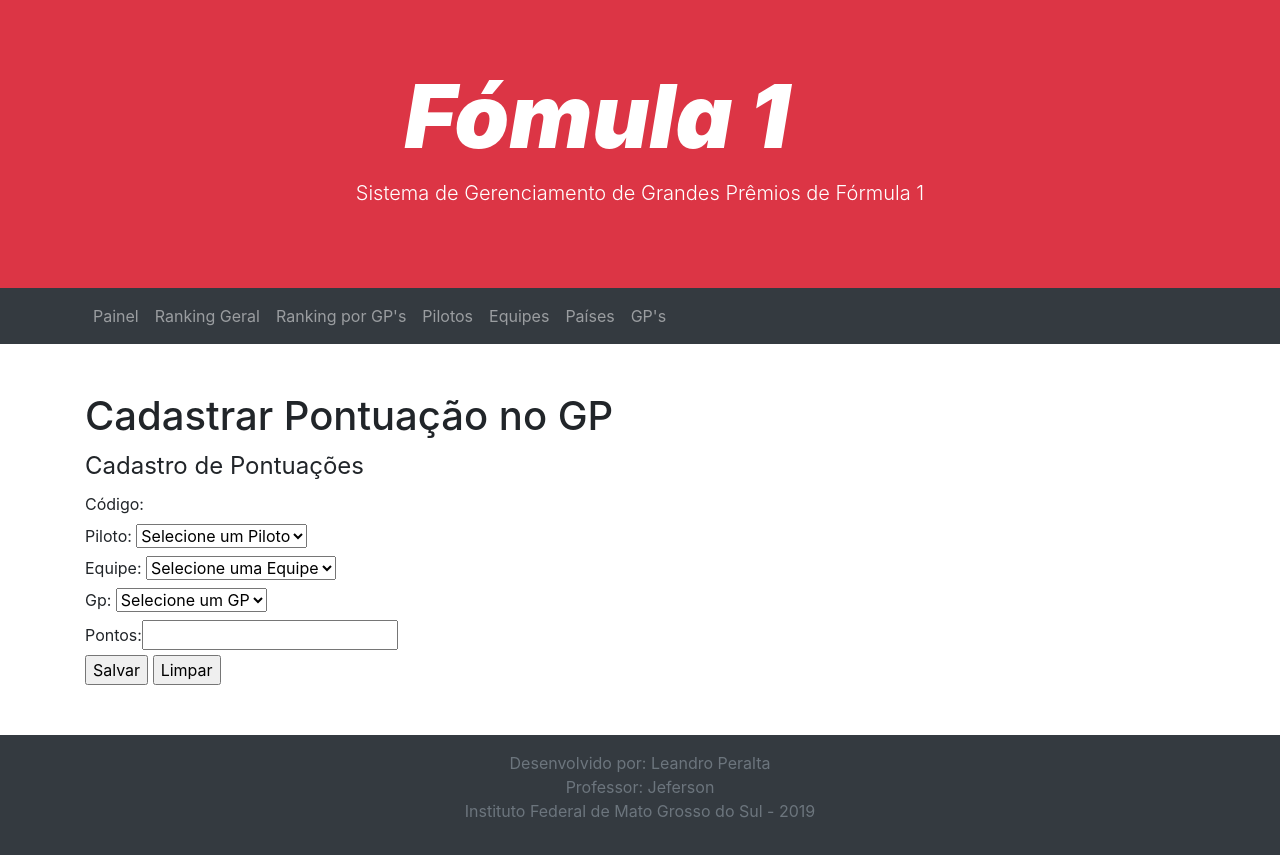
Repository: lperalta13/Formula1_Java
Page: http://localhost/formula1/pontuacao.jsp
The author's editor kept a copy of each file at every save. The page is drawn from the files as they stood at one save, then again after the next save.
The browser window is 1280 px wide. The pictures show the whole page.
The page is served by Tomcat 9. The template is opened directly, without the code that normally fills it, so the values that code supplies are empty.

Above is the page before, as saved 2019-12-11 21:07:35.

After the next save:
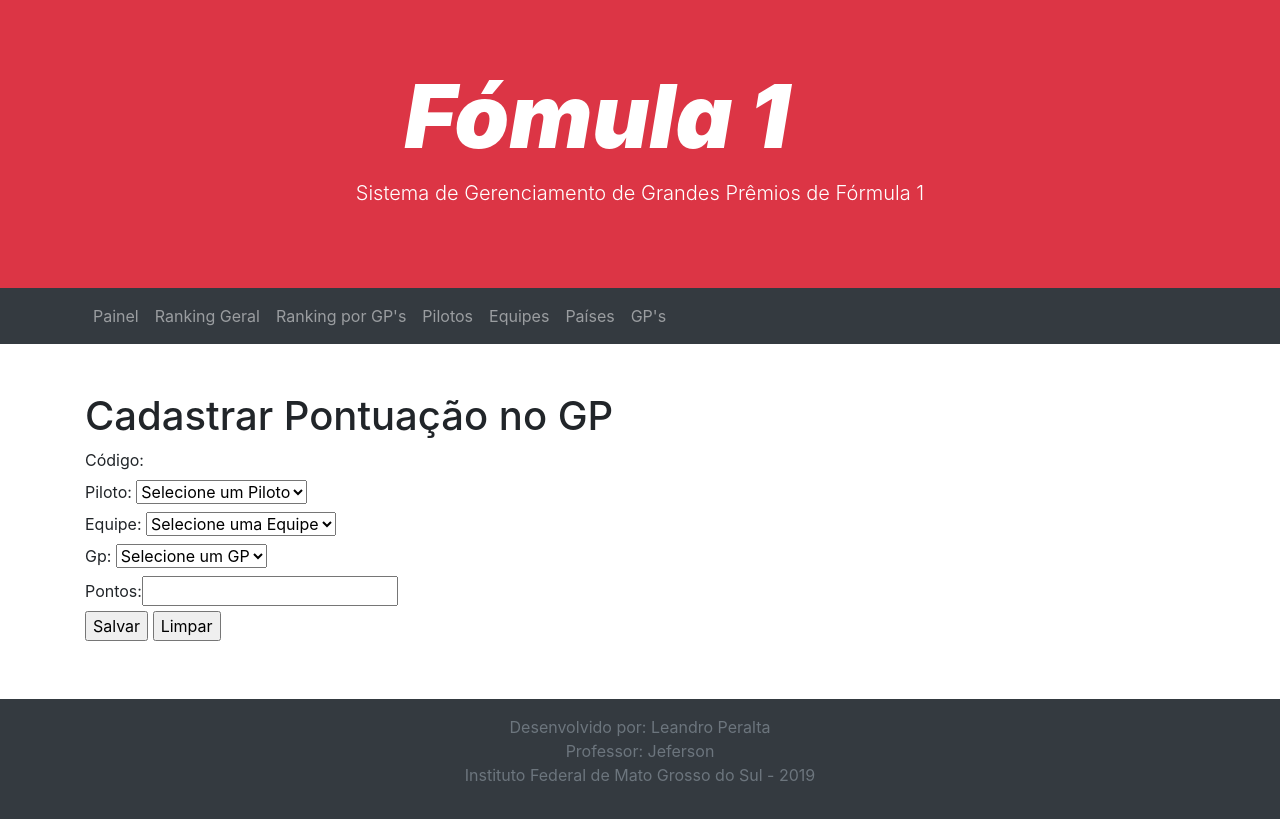
Saved 39 s later.
--- a/formula1/WebContent/pontuacao.jsp
+++ b/formula1/WebContent/pontuacao.jsp
@@ -69,9 +69,9 @@
 	<div class="row mt-5">
 		<div class="col-md-12">
 			<h1>Cadastrar Pontuação no GP</h1>
-		<form method="get" action="cadPontuacao">
+			<form method="get" action="cadPontuacao">
 			<fieldset>
-				<legend>Cadastro de Pontuações</legend>
+
 				<label>Código: </label><input type="hidden" name="codigo" />
 				<br />
 				<label>Piloto:</label>
